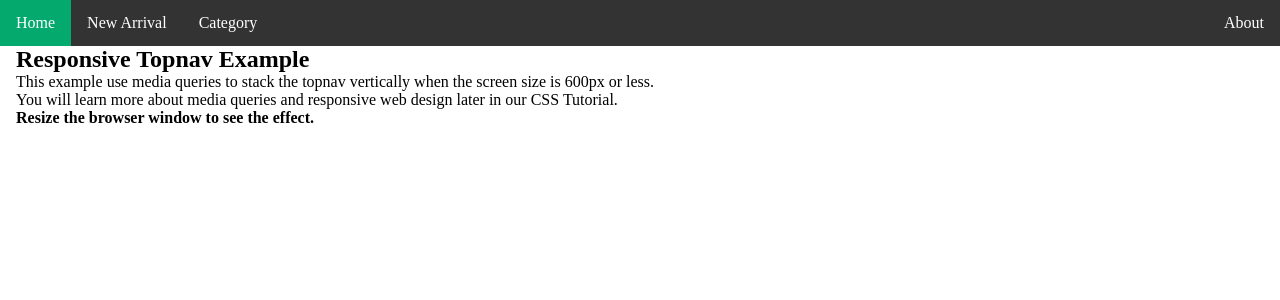
Repository: RPSKumara/DPEdudationPyhton
Page: ResponsiveWebAssigment/index.html
The author's editor kept a copy of each file at every save. The page is drawn from the files as they stood at one save, then again after the next save.
The browser window is 1280 px wide. The pictures show the whole page.

Above is the page before, as saved 2022-04-22 13:31:24.

After the next save:
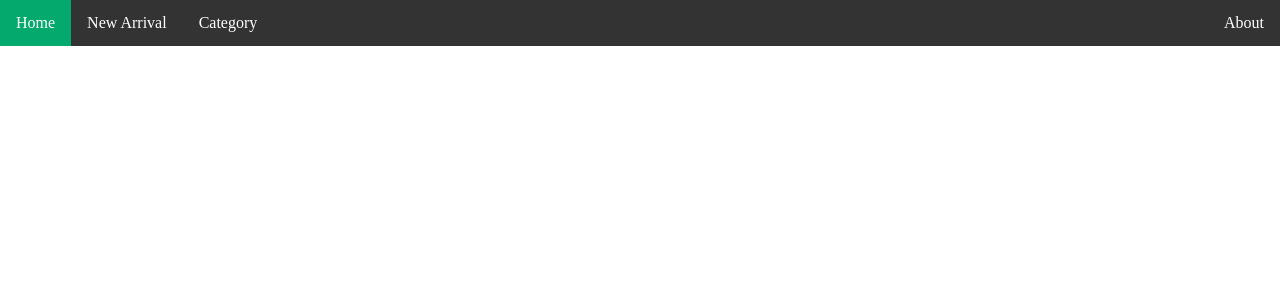
Saved 13 min 16 s later.
--- a/ResponsiveWebAssigment/index.html
+++ b/ResponsiveWebAssigment/index.html
@@ -15,17 +15,5 @@
 			<li class="right"><a href="#about">About</a></li>
 		</ul>
 
-		<div style="padding: 0 16px">
-			<h2>Responsive Topnav Example</h2>
-			<p>
-				This example use media queries to stack the topnav vertically when the
-				screen size is 600px or less.
-			</p>
-			<p>
-				You will learn more about media queries and responsive web design later
-				in our CSS Tutorial.
-			</p>
-			<h4>Resize the browser window to see the effect.</h4>
-		</div>
 	</body>
 </html>
